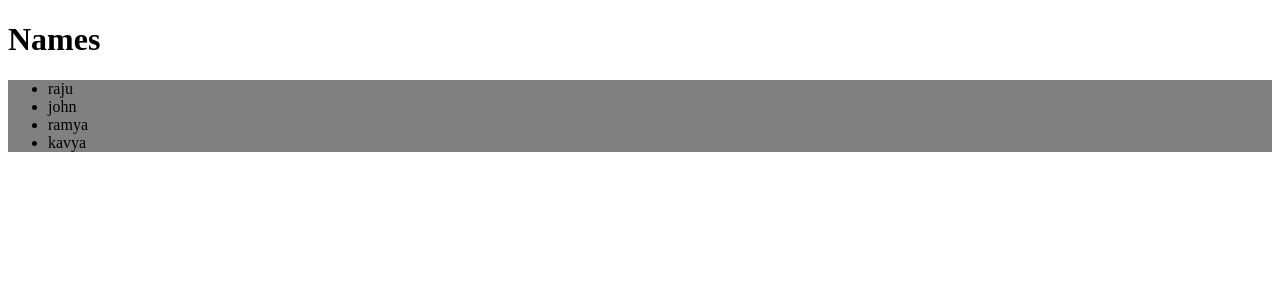
Repository: navyasureshkodenkiri/phpprojectgh-
Page: http://localhost/names.php
The author's editor kept a copy of each file at every save. The page is drawn from the files as they stood at one save, then again after a run of saves.
The browser window is 1280 px wide. The pictures show the whole page.
The page is run by PHP 8.4 with error messages shown; the project is at /var/www/html/.

Above is the page before, as saved 2022-12-14 12:45:01.

### names.php
<?php
$names=['raju','john', 'ramya', 'kavya'];
?>


<!DOCTYPE html>
<html lang="en">
<head>
    <meta charset="UTF-8">
    <meta http-equiv="X-UA-Compatible" content="IE=edge">
    <meta name="viewport" content="width=device-width, initial-scale=1.0">
    <title>Document</title>
    <style>
        .some-names{
            background-color: peru;
            color: white;
        }
        .more-names{
            background-color: gray;
        }
    </style>
   </head>
   <body class="">
    <h1>Names</h1>
    <ul class="<?= count($names)> 3 ? 'more-names' : 'some-names' ?>">
        <?php foreach($names as $name){?>
            <li><?=$name ?></li>
            <?php }  ?>


    </ul>


</body>
</html>

After the next 3 saves:
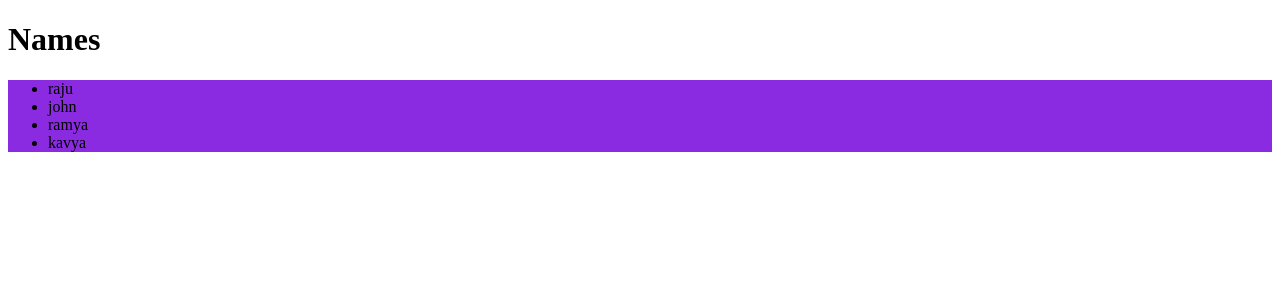
The 3 saves are shown as one change because they came seconds apart.
The last was saved 9 s later.
--- a/names.php
+++ b/names.php
@@ -16,7 +16,7 @@
             color: white;
         }
         .more-names{
-            background-color: gray;
+            background-color: blueviolet;
         }
     </style>
    </head>
